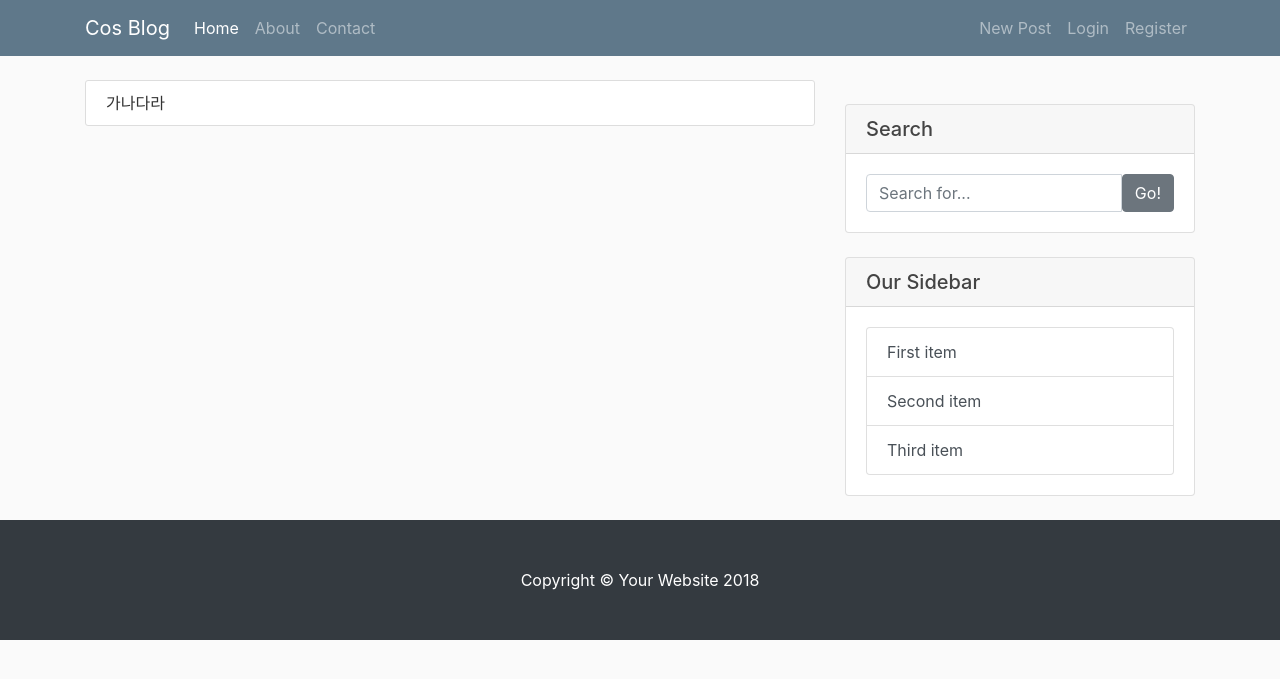
Repository: DogyeKing/blog
Page: http://localhost/blog/member/joinForm.jsp
These files come from the project's save history. The page is drawn as it stood at one moment and after the next save; the edit follows.
The browser window is 1280 px wide. The pictures show the whole page.
The page is served by Tomcat 9. Other server files are loaded and not shown.

Above is the page before, as saved 2018-08-02 05:27:53.

### blog/blog/WebContent/member/joinForm.jsp
<%@ page language="java" contentType="text/html; charset=UTF-8"
    pageEncoding="UTF-8"%>

<!DOCTYPE html>
<head>

  <meta charset="utf-8">
  <meta name="viewport" content="width=device-width, initial-scale=1, shrink-to-fit=no">
  <meta name="description" content="">
  <meta name="author" content="">

  <title>Cos Blog</title>

  <!-- Bootstrap core CSS -->
  <link href="<%=request.getContextPath()%>/css/bootstrap.css" rel="stylesheet">
  <!-- Bootstrap core JavaScript -->
  <script src="<%=request.getContextPath()%>/js/jquery.min.js"></script>
  <script src="<%=request.getContextPath()%>/js/bootstrap.bundle.min.js"></script>

  <!-- Custom styles for this template -->
  <link href="<%=request.getContextPath()%>/css/blog-home.css" rel="stylesheet">

</head>

<body>
	<!-- Nav Include -->
	<jsp:include page="../include/navigation.jsp"/>

<!-- Page Content -->
<div class="container">
  <div class="row">
    <!-- Blog Entries Column -->
<div class="col-md-8">
	<div class="content-section">
	가나다라
	</div>
</div>

<!--  SideBar Include -->
	<jsp:include page="../include/sidebar.jsp"/>

<!-- Sidebar Widgets Column -->


</div>
<!-- /.row -->

</div>
<!-- /.container -->

<!-- Footer -->
<footer class="py-5 bg-dark">
  <div class="container">
    <p class="m-0 text-center text-white">Copyright &copy; Your Website 2018</p>
  </div>
  <!-- /.container -->
</footer>

</body>

</html>

### blog/blog/WebContent/include/navigation.jsp
<%@ page language="java" contentType="text/html; charset=UTF-8"
    pageEncoding="UTF-8"%>
<!DOCTYPE html>
  <!-- Navigation -->
 <nav class="navbar navbar-expand-lg navbar-dark bg-steel fixed-top">
   <div class="container">
     <a class="navbar-brand" href="main.jsp">Cos Blog</a>
     <button class="navbar-toggler" type="button" data-toggle="collapse" data-target="#navbarResponsive" aria-controls="navbarResponsive" aria-expanded="false" aria-label="Toggle navigation">
       <span class="navbar-toggler-icon"></span>
     </button>
     <div class="collapse navbar-collapse" id="navbarResponsive">
       <div class="navbar-nav">
           <a class="nav-item active nav-link mr-auto" href="#">Home
             <span class="sr-only">(current)</span>
           </a>
           <a class="nav-item nav-link" href="#">About</a>
              <a class="nav-item nav-link" href="#">Contact</a>
       </div>
       <div class="navbar-nav ml-auto">
           <a class="nav-item nav-link" href="#">New Post</a>
           <a class="nav-item nav-link" href="<%=request.getContextPath()%>/member/loginForm.jsp">Login</a>
           <a class="nav-item nav-link" href="<%=request.getContextPath()%>/member/joinForm.jsp">Register</a>
       </div>
     </div>
   </div>
</nav>

### blog/blog/WebContent/include/sidebar.jsp
<%@ page language="java" contentType="text/html; charset=UTF-8"
    pageEncoding="UTF-8"%>
<div class="col-md-4">
  <!-- Search Widget -->
<div class="card my-4">
 <h5 class="card-header">Search</h5>
 <div class="card-body">
   <div class="input-group">
     <input type="text" class="form-control" placeholder="Search for...">
     <span class="input-group-btn">
       <button class="btn btn-secondary" type="button">Go!</button>
     </span>
   </div>
 </div>
</div>

<!-- Categories Widget -->
  <div class="card my-4">
    <h5 class="card-header">Our Sidebar</h5>
    <div class="card-body">
      <div class="list-group">
        <a href="#" class="list-group-item list-group-item-action">First item</a>
        <a href="#" class="list-group-item list-group-item-action">Second item</a>
        <a href="#" class="list-group-item list-group-item-action">Third item</a>
      </div>
    </div>
  </div>
</div>

### blog/blog/WebContent/css/blog-home.css
body {
	background: #fafafa;
	color: #333333;
	margin-top: 5rem;
}

h1,h2,h3,h4,h5,h6 {
	color: #444444;
}

.bg-steel {
	background-color: #5f788a;
}

.site-header .navbar-nav .nav-link {
	color: #cbd5db;
}

.site-header .navbar-nav .nav-link:hover {
	color: #ffffff;
}

.content-section {
	background: #ffffff;
	padding: 10px 20px;
	border: 1px solid #dddddd;
	border-radius: 3px;
	margin-bottom: 20px;
}

.article-title {
	color: #444444;
}

a.article-title:hover {
	color: #428bca;
	text-decoration: none;
}

.article-content {
	white-space: pre-line;
}

.article-img {
	height: 65px
	width: 65px;
	margin-right: 16px;
}

.article-metadata {
	padding-bottom: 1px;
	margin-bottom: 4px
	border-bottom: 1px solid #e3e3e3;
}

.article-metadata a:hover {
	color: #333;
	text-decoration: none;
}

.article-svg {
	width: 25px;
	height: 25px;
	vertical-align: middle;
}

.account-img {
	height: 125px;
	width: 125px;
	margin-right: 20px;
	margin-bottom: 16px;
}

.account-heading {
	font-size: 2.5rem;
}

Loaded but not shown: blog/blog/WebContent/css/bootstrap.css (library); blog/blog/WebContent/js/jquery.min.js (library); blog/blog/WebContent/js/bootstrap.bundle.min.js (library)

After the next save:
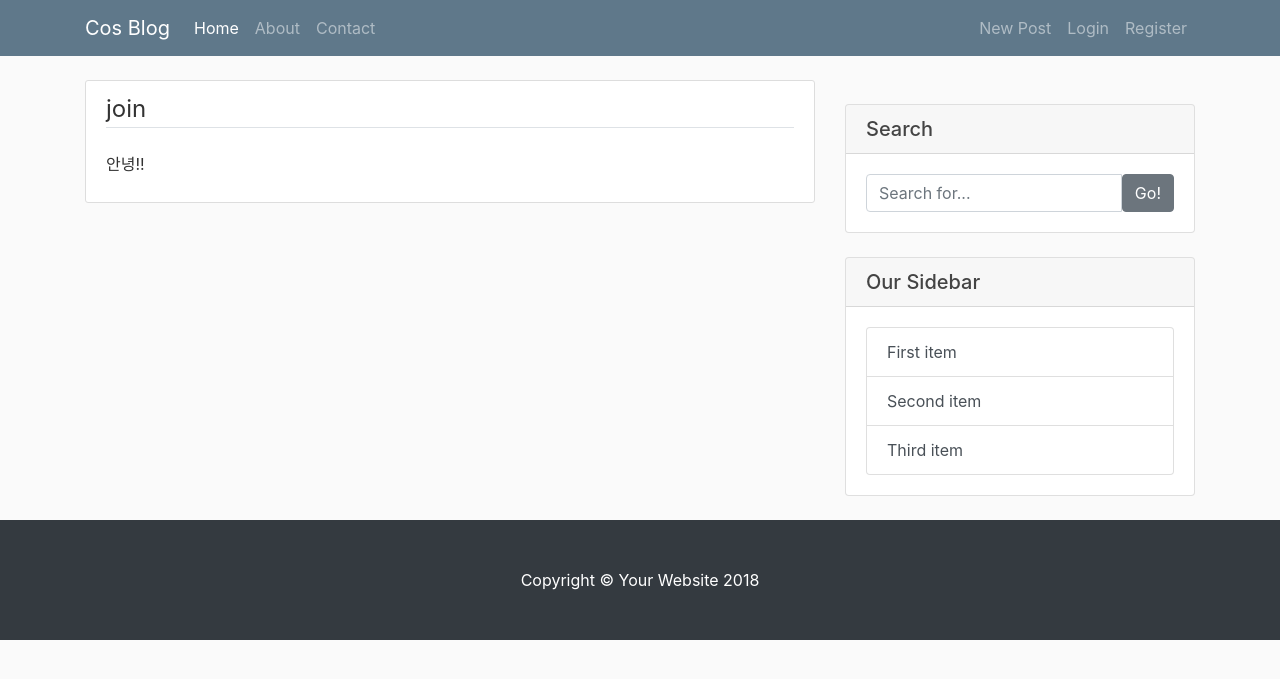
Saved 2 min 24 s later.
--- a/blog/blog/WebContent/member/joinForm.jsp
+++ b/blog/blog/WebContent/member/joinForm.jsp
@@ -32,7 +32,13 @@
     <!-- Blog Entries Column -->
 <div class="col-md-8">
 	<div class="content-section">
-	가나다라
+	<form method="POST" action="#">
+		<fieldset class="form-group">
+			안녕!!<br>
+			<legend class="border-bottom mb-4">join</legend>
+
+		</fieldset>
+	</form>
 	</div>
 </div>
 
